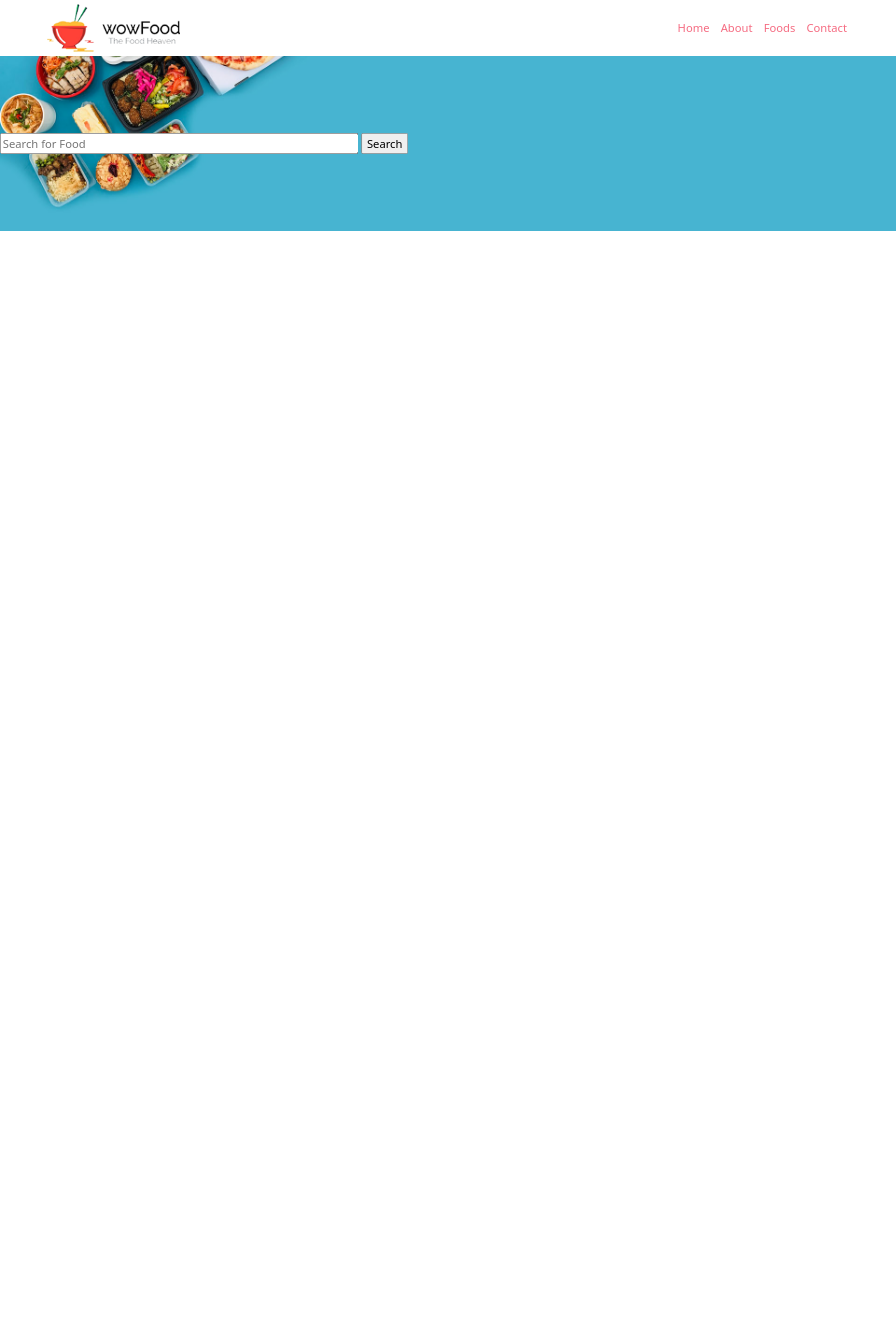
Repository: ruaruababa/RestaurantBS5
Page: html/index.html
The author's editor kept a copy of each file at every save. The page is drawn from the files as they stood at one save, then again after the next save.
The browser window is 1280 px wide. The pictures show the part of the page from y = 0 to 1920 px (the page is 3000 px tall), at 70% of full size.

Above is the page before, as saved 2021-09-25 16:58:00.

### html/index.html
<!DOCTYPE html>
<html lang="en">

<head>
    <meta charset="UTF-8" />
    <meta http-equiv="X-UA-Compatible" content="IE=edge" />
    <meta name="viewport" content="width=device-width, initial-scale=1.0" />
    <title>Document</title>
    <link href="https://cdn.jsdelivr.net/npm/bootstrap@5.1.1/dist/css/bootstrap.min.css" rel="stylesheet"
        integrity="sha384-F3w7mX95PdgyTmZZMECAngseQB83DfGTowi0iMjiWaeVhAn4FJkqJByhZMI3AhiU" crossorigin="anonymous" />
    <link rel="stylesheet" href="https://cdn.jsdelivr.net/npm/bootstrap-icons@1.5.0/font/bootstrap-icons.css" />
    <link rel="stylesheet" href="/css/style.css">
</head>

<body>
        <nav class="navbar navbar-expand-lg navbar-light bg-light nav-fixed">
            <div class="container-fluid ">
                <a class="navbar-brand" href="#">
                    <img src="/img/logo.png" alt="">
                </a>
                <button class="navbar-toggler" type="button" data-bs-toggle="collapse"
                    data-bs-target="#navbarSupportedContent" aria-controls="navbarSupportedContent"
                    aria-expanded="false" aria-label="Toggle navigation">
                    <span class="navbar-toggler-icon"></span>
                </button>
                <div class="collapse navbar-collapse" id="navbarSupportedContent">
                    <ul class="navbar-nav ">
                        <li class="nav-item">
                            <a class="nav-link active nav-link-fixed" aria-current="page" href="#">Home</a>
                        </li>
                        <li class="nav-item">
                            <a class="nav-link active nav-link-fixed" aria-current="page" href="#">About</a>
                        </li>
                        <li class="nav-item">
                            <a class="nav-link active nav-link-fixed" aria-current="page" href="#">Foods</a>
                        </li>
                        <li class="nav-item">
                            <a class="nav-link active nav-link-fixed" aria-current="page" href="#">Contact</a>
                        </li>
                    </ul>
                </div>
            </div>
        </nav>

        <!-- End navbar -->

        <section>
            <div class="container-section" style=" position: relative; top: 80px;">
                <img src="/img/bg.jpg" class="img-fluid" alt="Responsive image" style="height:250px; width:100%; object-fit: cover;">
                <form action="" class="form-search" style="width: 100%; position: absolute; top: 50%; transform: translateY(-50%); margin: 0 auto;">
                    <input type="text" placeholder="Search for Food" style="width:40%">
                    <input type="button" value="Search">
                </form>
            </div>
        </section>

    <script src="https://cdn.jsdelivr.net/npm/bootstrap@5.1.1/dist/js/bootstrap.bundle.min.js"
        integrity="sha384-/bQdsTh/da6pkI1MST/rWKFNjaCP5gBSY4sEBT38Q/9RBh9AH40zEOg7Hlq2THRZ" crossorigin="anonymous">
    </script>
</body>

</html>

### css/style.css
body{
    height: 3000px!important;
}
.nav-fixed{
    background-color: white!important;
    padding: 0 50px;
    position: fixed;
    width: 100%;
    z-index: 1;
}
.navbar-collapse{
    justify-content: end;
}
.nav-link-fixed{
    text-align: center;
    color: #f56b81!important;
}

After the next save:
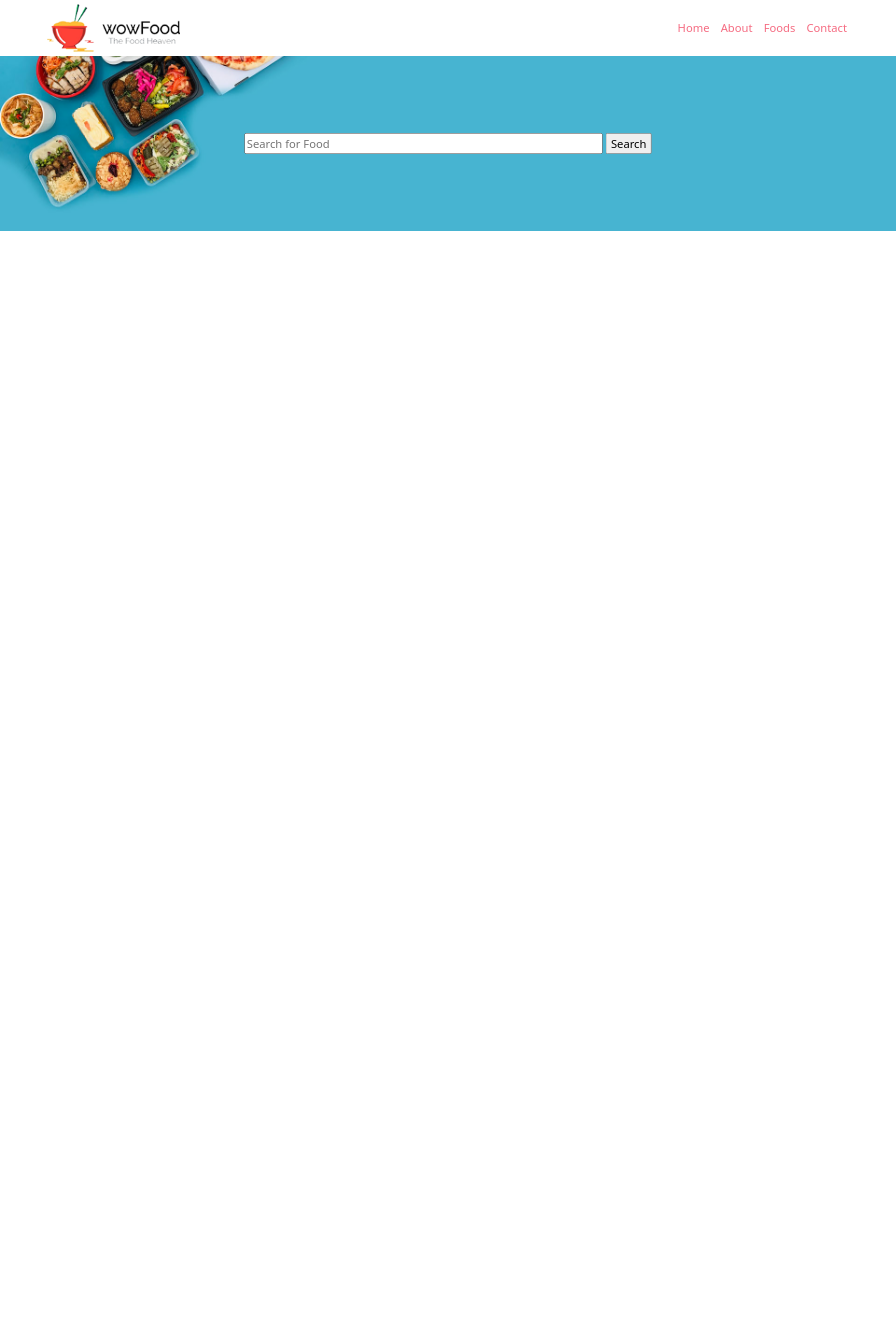
Saved 7 s later.
--- a/html/index.html
+++ b/html/index.html
@@ -47,7 +47,7 @@
         <section>
             <div class="container-section" style=" position: relative; top: 80px;">
                 <img src="/img/bg.jpg" class="img-fluid" alt="Responsive image" style="height:250px; width:100%; object-fit: cover;">
-                <form action="" class="form-search" style="width: 100%; position: absolute; top: 50%; transform: translateY(-50%); margin: 0 auto;">
+                <form action="" class="form-search" style="width: 100%; position: absolute; top: 50%; transform: translateY(-50%); text-align: center;">
                     <input type="text" placeholder="Search for Food" style="width:40%">
                     <input type="button" value="Search">
                 </form>
